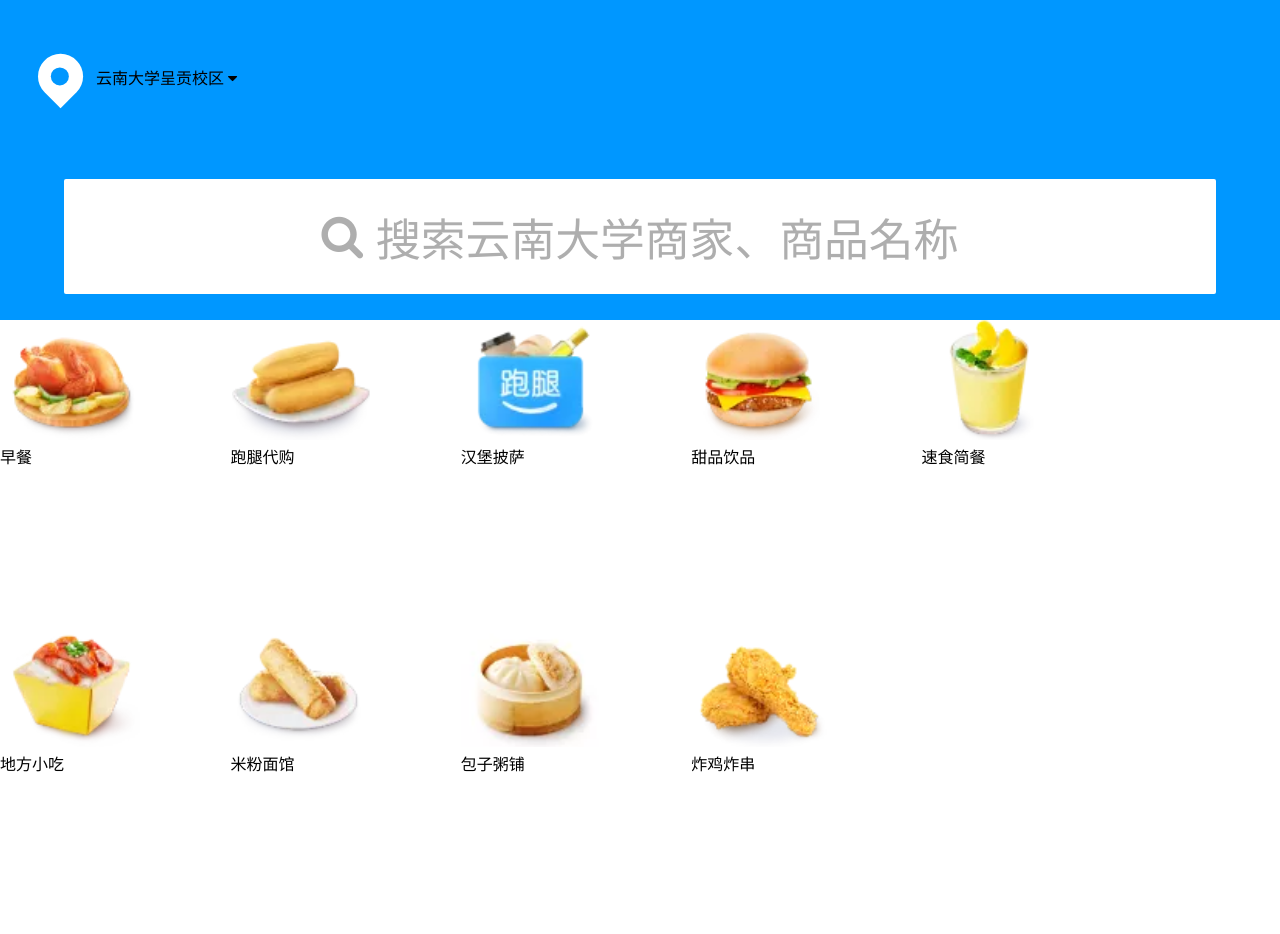
Repository: F000top/ele
Page: index.html
These files come from the project's save history. The page is drawn as it stood at one moment and after a run of saves; the edit follows.
The browser window is 1280 px wide. The pictures show the whole page.

Above is the page before, as saved 2022-06-07 21:32:01.

### index.html
<!DOCTYPE html>
<html lang="en">
<head>
    <meta charset="UTF-8">
    <!-- 移动端网页必备 -->
    <meta name="viewport" content="width=device-width,initial-scale=1">
    <!-- 导入一些库文件 -->
    <link href="framework/font-awesome/css/font-awesome.min.css" rel="stylesheet">
    <link href="framework/reset.css" rel="stylesheet">
    <link href="framework/icon.css" rel="stylesheet">
    <link href="css/index.css" rel="stylesheet">


    <meta http-equiv="X-UA-Compatible" content="IE=edge">
    <meta name="viewport" content="width=device-width, initial-scale=1.0">
    <title>云南大学校园外卖平台</title>
</head>
<body>
    <!-- 总容器 ，wrapper是包装器的意思-->
    <div class="wrapper">

        <!-- header部分 -->
        <header>
            <div class="icon-location-box">

                <div class="icon-location"></div>
            </div>

            <div>云南大学呈贡校区 <i class="fa fa-caret-down"></i></div>
        </header>

        <!-- search部分 -->
			<!--
			    搜索框部分（此块与search-fixed-top块宽度高度一致，用于当
				search-fixed-top块固定后，挡住下面块不要窜上去）
			-->
			<div class="search">
				<!-- 当滚动条超过上面的定位块时，search-fixed-top块变成固定在顶部。 -->
				<div class="search-fixed-top" id="fixedBox">
					<!-- 搜索框部分中间的白框 -->
					<div class="search-box">
						<i class="fa fa-search"></i>搜索云南大学商家、商品名称
					</div>
				</div>
			</div>

            <!-- 点餐分类部分 -->

             <ul class="foodtype">
               <li>
                   <img src="img/dcfl01.png">
                   <p>早餐</p>
               </li>

            <li>
                <img src="img/dcfl02.png">
                <p>跑腿代购</p>
            </li>

            <li>
                <img src="img/dcfl03.png">
                <p>汉堡披萨</p>
            </li>

            <li>
                <img src="img/dcfl04.png">
                <p>甜品饮品</p>
            </li>

            <li>
                <img src="img/dcfl05.png">
                <p>速食简餐</p>
            </li>

            <li>
                <img src="img/dcfl06.png">
                <p>地方小吃</p>
            </li>

            <li>
                <img src="img/dcfl07.png">
                <p>米粉面馆</p>
            </li>

            <li onclick="location.href='businessList.html'">
                <img src="img/dcfl09.png">
                <p>包子粥铺</p>
            </li>
            <li onclick="location.href='businessList.html'">
                <img src="img/dcfl10.png">
                <p>炸鸡炸串</p>
            </li>


             </ul>










    </div>
</body>
</html>

### framework/reset.css
/***************** CSS重置 *******************/
/* 开发自己想要的东西 */
html,body,div,span,h1,h2,h3,h4,h5,h6,ul,ol,li,p{
	margin: 0;
	padding: 0;
}

html,body{
	width: 100%;
	height: 100%;
	font-family: "幼圆";

}

ul,ol{
	list-style: none;

}

/* 标签 */
a{
	text-decoration: none;
}

### framework/icon.css
/**
 * location 定位小图标
 * 说明：使用div标签，加上icon-location类样式即可。
 *       但需要放置在一个容器中，调整容器大小，图标能自适应容器大小。
 * 示例：
 * <div class="icon-location-box">
 *     <div class="icon-location"></div>
 * </div>
 */
.icon-location {
	position: relative;
	width: 100%;
	height: 100%;
	border-radius: 50% 50% 50% 0;
	background: #fff;
	transform: rotate(-45deg);
}
.icon-location:after {
	content: '';
	width: 40%;
	height: 40%;
	margin: 30% 0 0 29%;
	background-color: #0097FF;
	position: absolute;
	border-radius: 50%;
}

### css/index.css
/* 总容器 */
.wrapper{
    width: 100%;
    height: 100%;
}
/* vw就是当前屏幕宽度的1% */
/* 头部header */
.wrapper header{
    width: 100%;
    height: 12vw;
    background-color: #0097ff;

    display: flex;
    align-items: center;
}

.wrapper header .icon-location-box{
    width: 3.5vw;
    height: 3.5vw;
    margin: 0 1vw 0 3vw;
}

.wrapper head.location-text{
    font-size: 4.5vw;
    font-weight: 700;
    color: rgba(24, 216, 168, 0.13);
}

.wrapper header .location-text.fa-caret-down{
    margin: left 1vw; ;
}


/* search部分 */

/****************** search ******************/
.wrapper .search{
	width: 100%;
	height: 13vw;
}
.wrapper .search .search-fixed-top{
	width: 100%;
	height: 13vw;
	background-color: #0097FF;
	display: flex;
	justify-content: center;
	align-items: center;
}
.wrapper .search .search-fixed-top .search-box{
	width: 90%;
	height: 9vw;
	background-color: #fff;
	border-radius: 2px;

	display: flex;
	justify-content: center;
	align-items: center;

	font-size: 3.5vw;
	color: #AEAEAE;
	font-family: "宋体";
	/*此样式是让文本选中状态无效*/
	user-select: none;
}
.wrapper .search .search-fixed-top .search-box .fa-search{
	margin-right: 1vw;
}



/* 点餐分类部分的css */

.wrapper .foodtype {
    width: 100%;
    height: 48vw;

    display: flex;
    flex-wrap:wrap ;

}

.wrapper .foodtype li{
    width: 18vw;
    height: 20vw;


}

.wrapper .foodtype li img{


}

Loaded but not shown: framework/font-awesome/css/font-awesome.min.css (library)

After the next 3 saves:
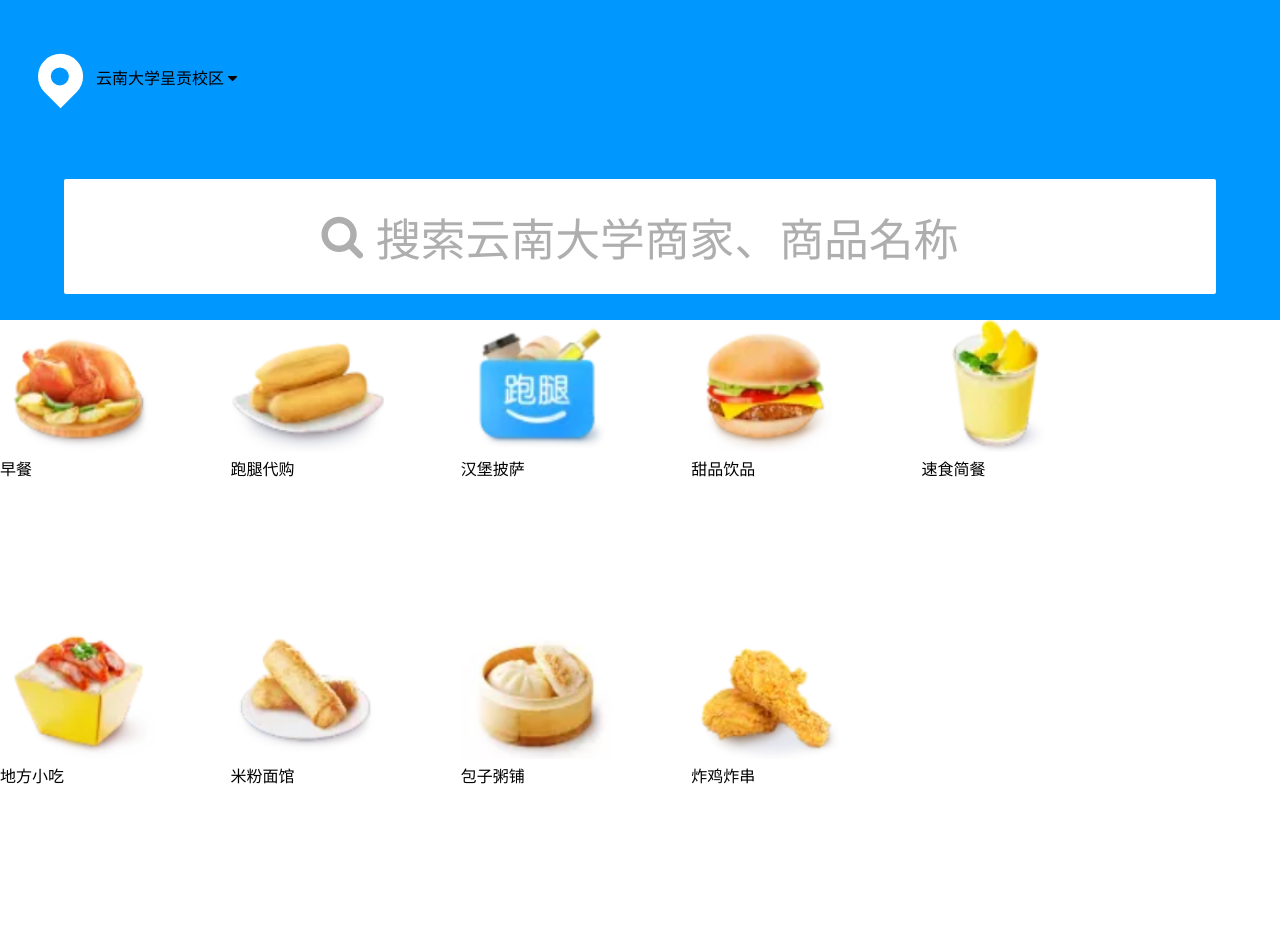
The 3 saves are shown as one change because they came seconds apart.
The last was saved 9 s later.
--- a/css/index.css
+++ b/css/index.css
@@ -88,5 +88,6 @@
 
 .wrapper .foodtype li img{
 
+    width: 12vw;
 
 }
